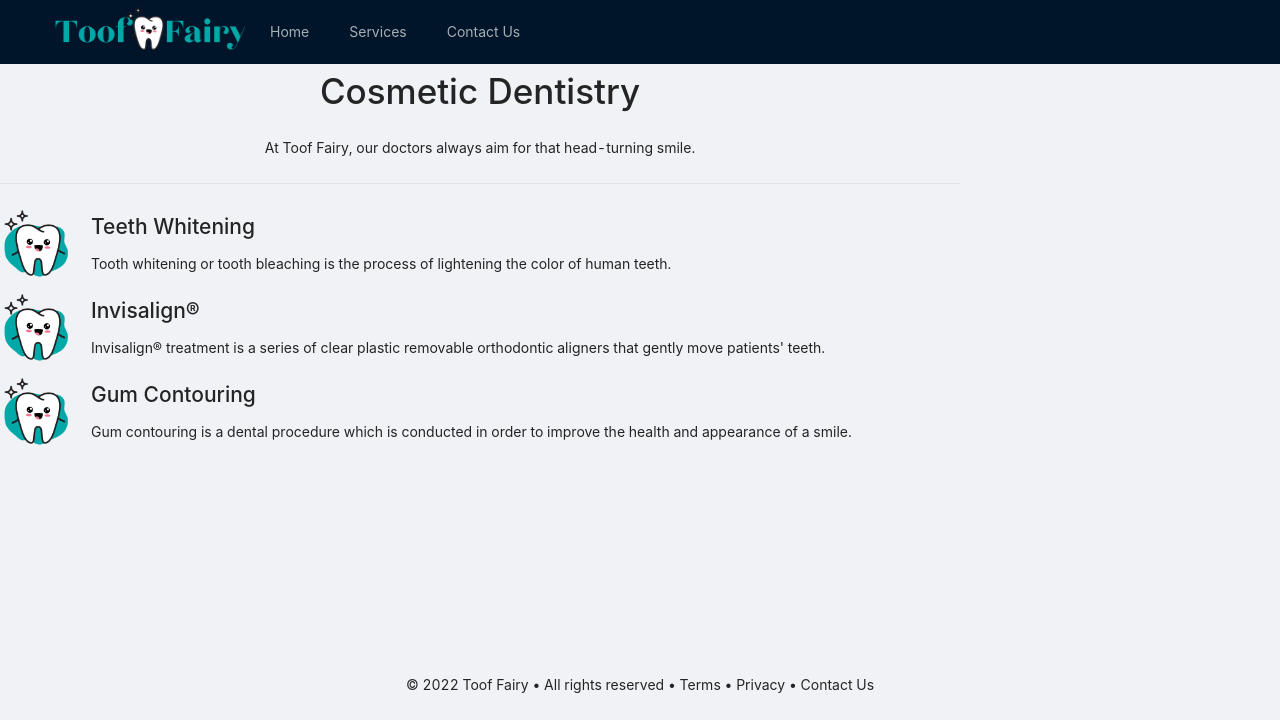
Repository: neldad1/dentist-app
Page: /cosmetic
An editor plug-in stored every save of this project. The page is shown before and after the next save, followed by the edit.
The browser window is 1280 px wide. The pictures show the whole page.
The project was rebuilt for these pictures with package versions that can differ from the ones it lists, and the page was loaded fresh each time. Also part of the build but not shown: src/components/Home.jsx, src/components/Contact.jsx, src/components/Services/Restorative.jsx, src/components/Services/Preventative.jsx.

Above is the page before, as saved 2022-03-09 22:58:14.

After the next save:
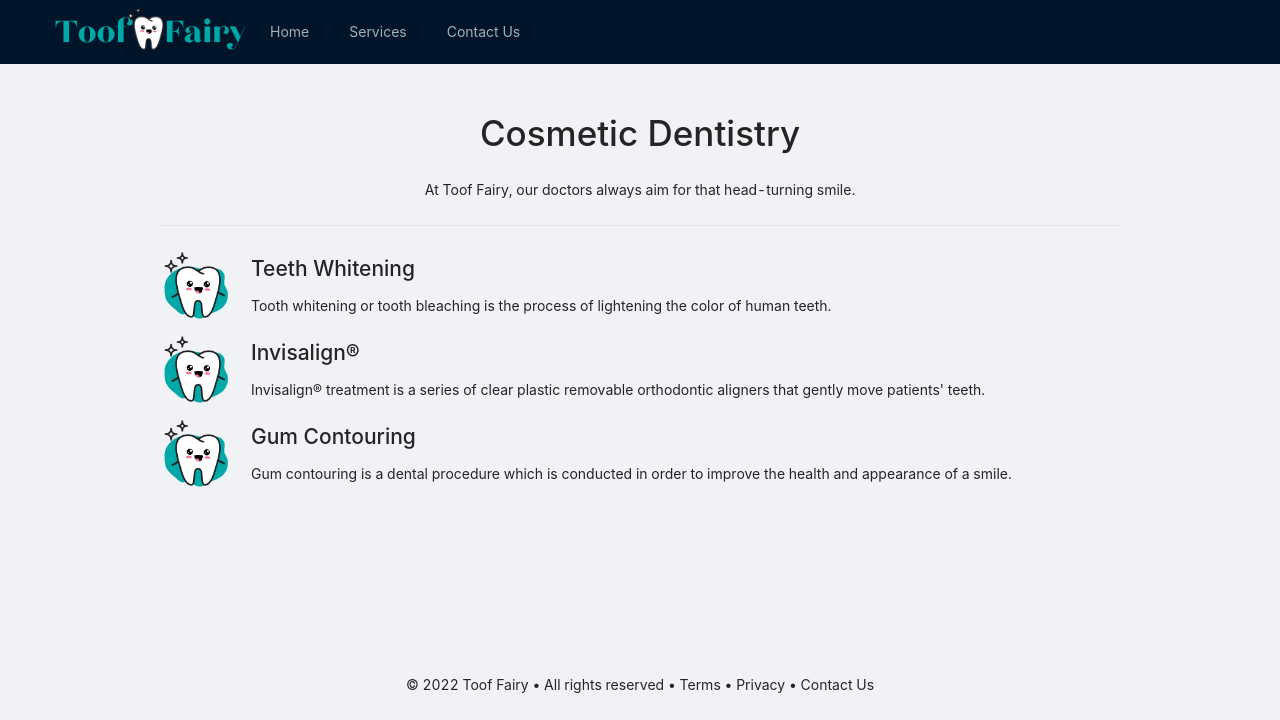
Saved 2 min 38 s later.
--- a/src/App.css
+++ b/src/App.css
@@ -59,6 +59,8 @@ h1 {
 .services {
   width: 75%;
   overflow-y: scroll;
+  display: block;
+  margin: 3em auto;
   @media only screen and (max-width: 768px) {
     width: 100%;
     margin: 0.5em;
